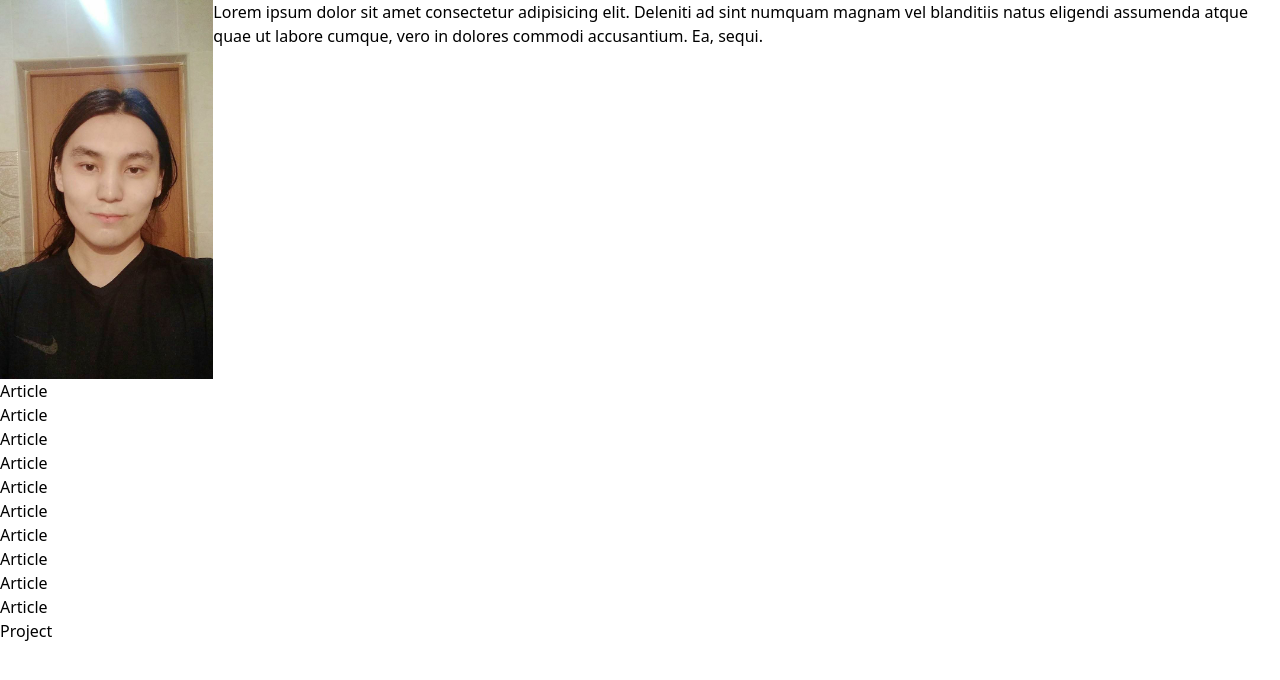
Repository: SkuldFuture/my-app
Page: /
An editor plug-in stored every save of this project. The page is shown before and after the next save, followed by the edit.
The browser window is 1280 px wide. The pictures show the whole page.
The project was rebuilt for these pictures with package versions that can differ from the ones it lists, and the page was loaded fresh each time. Also part of the build but not shown: src/App.css.

Above is the page before, as saved 2023-02-13 18:50:14.

### src/pages/Home.tsx
import { Articles } from "../components/Articles";
import { Header } from "../components/Header";
import { Projects } from "../components/Projects";

export function Home() {
  return (
    <>
      <Header />
      <div className="flex flex-col justify-around">
        <ul>
        <Articles />
        </ul>
        <ul>
        <Projects />
        </ul>
      </div>
    </>
  );
}

### src/components/Articles.tsx
import { Article } from "./Article";

export function Articles() {
  return (
    <>
      <Article />
      <Article />
      <Article />
      <Article />
      <Article />
      <Article />
      <Article />
      <Article />
      <Article />
      <Article />
    </>
  );
}

### src/components/Header.tsx
import React from "react";
import { Biography } from "./Biography";
import { RezumePhoto } from "./RezumePhoto";

export function Header() {
  return (
    <div className="flex flex-row justify-between">
      <RezumePhoto />
      <Biography />
    </div>
  );
}

### src/components/Projects.tsx
import React from 'react'
import { Project } from './Project'

export function Projects() {
  return (
    <Project />
  )
}

### src/components/Article.tsx
import React from 'react'

export function Article() {
  return (
    <div>Article</div>
  )
}

### src/components/Biography.tsx
import React from 'react'

export function Biography() {
  return (
    <div>Lorem ipsum dolor sit amet consectetur adipisicing elit. Deleniti ad sint numquam magnam vel blanditiis natus eligendi assumenda atque quae ut labore cumque, vero in dolores commodi accusantium. Ea, sequi.</div>
  )
}

### src/components/RezumePhoto.tsx
import React from 'react'

export function RezumePhoto() {
  return (
    <img className='w-1/6' src={require("../assets/photo.jpg")} alt="Me" />
  )
}

### src/components/Project.tsx
import React from 'react'

export function Project() {
  return (
    <div>Project</div>
  )
}

Loaded but not shown: public/index.html (common file); src/index.tsx (common file); src/index.css (common file); src/App.tsx (common file); tailwind.config.js (common file)

After the next save:
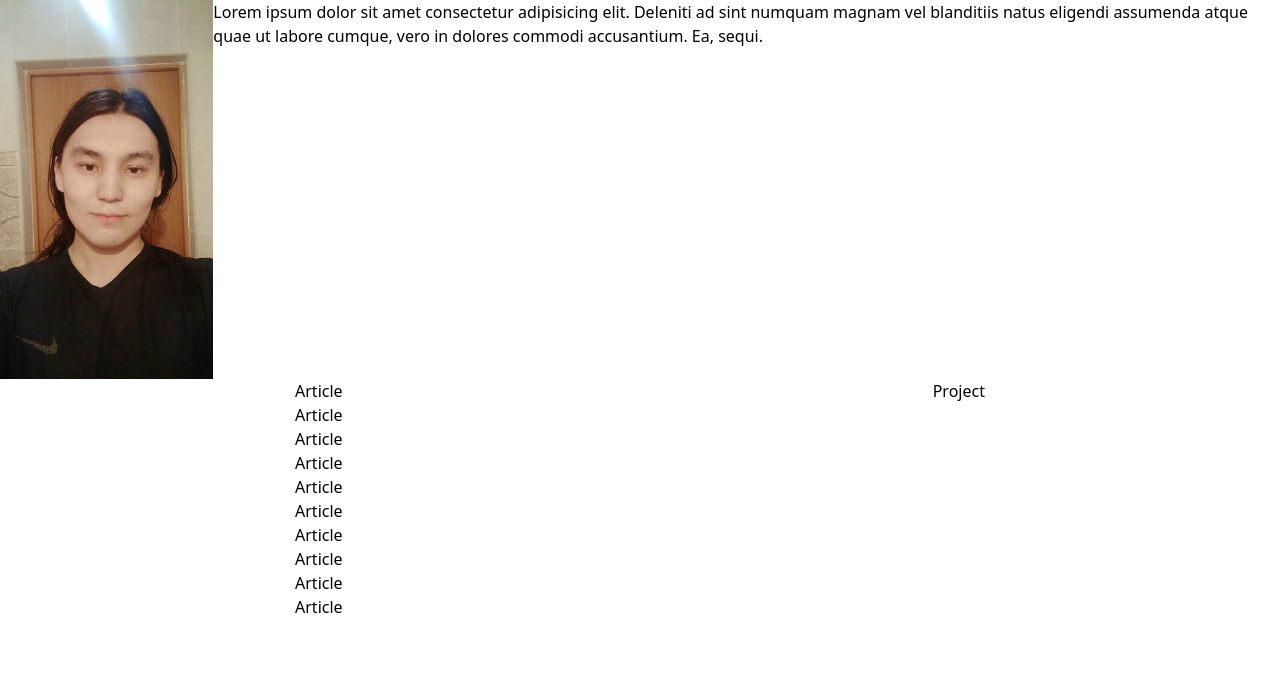
Saved 16 s later.
--- a/src/pages/Home.tsx
+++ b/src/pages/Home.tsx
@@ -6,7 +6,7 @@ export function Home() {
   return (
     <>
       <Header />
-      <div className="flex flex-col justify-around">
+      <div className="flex flex-row justify-around">
         <ul>
         <Articles />
         </ul>
